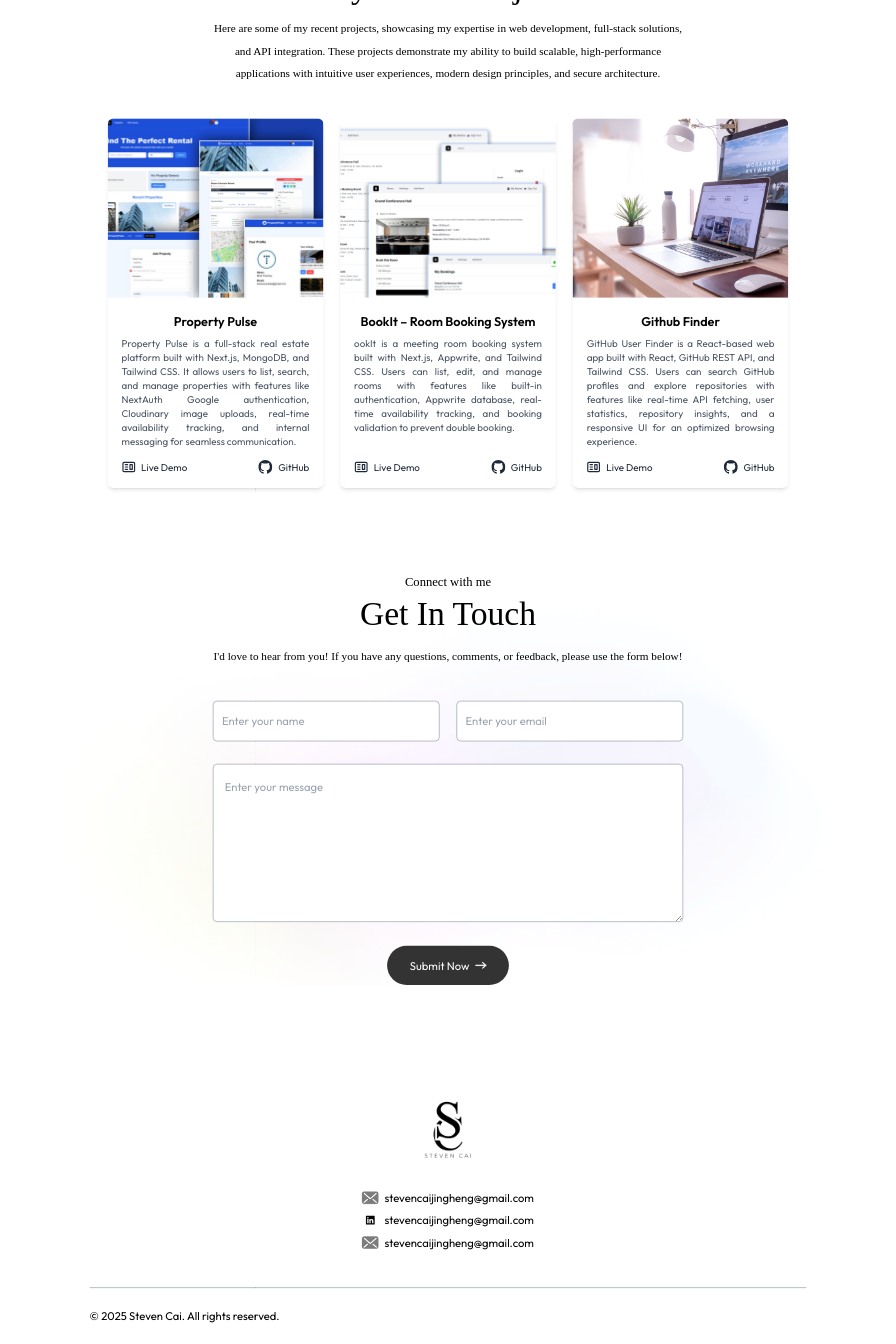
Repository: Steven4cai/profolio
Page: /
An editor plug-in stored every save of this project. The page is shown before and after the next save, followed by the edit.
The browser window is 1280 px wide. The pictures show the part of the page from y = 2473 to 4393 px (the page is 4393 px tall), at 70% of full size.
Some web fonts or font styles are not loaded; a fallback is used. The project was rebuilt for these pictures with package versions that can differ from the ones it lists, and the page was loaded fresh each time. The framework's server and built-in components were replaced by stand-ins that run in the browser. Also part of the build but not shown: next.config.mjs.

Above is the page before, as saved 2025-02-09 14:20:49.

### app/layout.js
import {Outfit,Ovo} from "next/font/google";
import "./globals.css";

const outfit = Outfit({
  subsets: ["latin"],weight:["400","500","600","700"]
});

const ovo = Ovo({
  subsets: ["latin"],weight:["400"]
});

export const metadata = {
  title: "Profolio - Steven",
  description: "",
};

export default function RootLayout({ children }) {
  return (
    <html lang="en" className="scroll-smooth ">
      <body className={`${outfit.className} ${ovo.className} antialiased leading-8 overflow-x-hidden
      dark:bg-darkTheme dark:text-white`}>
        <main>{children}</main>
      </body>
    </html>
  );
}

### app/page.js
'use client'
import About from "@/components/About";
import Header from "@/components/Header";
import Navbar from "@/components/Navbar";
import Services from "@/components/Services";
import Work from "@/components/Work";
import Contact from "@/components/Contact";
import Footer from "@/components/Footer";
import { useEffect, useState } from "react";

export default function Home() {
  const [isDark,setIsDark] = useState(false)

  useEffect(()=>{
    if(localStorage.theme === 'dark' || (!('theme' in localStorage) && window.matchMedia('(prefers-color-scheme:dark)').matches)){
      setIsDark(true)
    }else{
      setIsDark(false)
    }
  },[])

  useEffect(()=>{
    if(isDark){
      document.documentElement.classList.add('dark')
      localStorage.theme = 'dark'
    }else{
      document.documentElement.classList.remove('dark')
      localStorage.theme = ''
    }
  } ,[isDark])
  return (
    <>
    <Navbar isDark = {isDark} setIsDark = {setIsDark}/>
    <Header isDark = {isDark}/>
    <About isDark = {isDark}/>
    <Services isDark = {isDark}/>
    <Work isDark = {isDark}/>
    <Contact isDark = {isDark}/>
    <Footer isDark = {isDark}/>
    </>
  );
}

### components/About.jsx
import Image from 'next/image'
import React from 'react'
import {assets, infoList, toolsData} from '@/assets/assets'


const About = ({isDark}) => {
  return (
    <div id='about' className='w-full px-[12%] py-10 scroll-mt-20'>
      <h4 className='text-center mb-2 text-lg font-Ovo'>Introduction</h4>
      <h2 className='text-center text-5xl font-Ovo'>About Me</h2>

    <div className='flex w-full flex-col lg:flex-row items-center gap-20 my-20'>
        <div className='w-64 sm:w-80 rounded-3xl max-w-none'>
            <Image src={assets.user_image} alt='user'
            className='w-full rounded-3xl'/>
        </div>
        <div className='flex-1'>
            <p className='mb-10 max-w-2xl font-Ovo'>
            I am a web developer with a background in IT and software
         engineering. I specialize in building scalable and efficient web
          applications, focusing on clean code, performance optimization,
          and user experience. Skilled in both front-end and back-end
          technologies, I am always eager to learn and apply new solutions.
            </p>
            <ul className='grid grid-cols-1 sm:grid-cols-3 gap-6 max-w-2xl'>
                {infoList.map((info,index) => (
                    <li
                    className='border-[0.5px] border-gray-400 rounded-xl p-6
                    cursor-pointer hover:bg-lightHover hover:-translate-y-1 duration-500
                    hover:shadow-black
                    dark:border-white dark:hovr:shadow-white dark:hover:bg-darkHover/50'
                    key={index}>
                        <Image src={isDark ? info.iconDark : info.icon} alt={info.title} className='w-7 mt-3'/>
                        <h3 className='my-4 font-semiblod text-gray-700 dark:text-white'>{info.title}</h3>
                        <p className='text-gray-600 text-sm dark:text-white/80'>{info.description}</p>
                    </li>
                ))}
            </ul>

            <h4 className='my-6 text-gray-700 font-Ovo dark:text-white/80'>Tools I use</h4>


                <ul className='flex items-center gap-3 sm:gap-5'>
                    {toolsData.map((tool,index) => (
                        <li className=
                        'flex items-center justify-center w-12 sm:w-14 aspect-square border border-gray-400 rounded-lg cursor-pointer hover:-translate-y-1 duration-500'
                         key={index}>
                            <Image src={tool} alt='Tool' className='w-5 sm:w-7' />
                        </li>
                    ))}
                </ul>
        </div>
    </div>

    </div>
  )
}

export default About

### components/Header.jsx
import React from 'react'
import Image from 'next/image'
import {assets} from '@/assets/assets'

const Header = () => {
  return (
    <div className=
    'w-11/12 max-w-3xl text-center mx-auto h-screen flex flex-col items-center justify-center gap-4'>
      <div>
        <Image src={assets.profile_img} alt='' className='rounded-full w-32'/>
      </div>
      <h3 className='flex items-end gap-2 text-xl md:text-2xl mb-3 font-Ovo'>Hi! I'm Steven Cai <Image src={assets.hand_icon} alt='' className='w-6'/></h3>
        <h1 className='text-3xl sm:text-6xl lg:text-[66px] font-Ovo'>Frontend web developer based in Sydney</h1>
        <p className='max-w-2xl mx-auto font-Ovo'>
          Web developer with a strong foundation in software engineering,
           specializing in building efficient, scalable, and user-friendly
            applications.
        </p>
        <div className=
        'flex flex-col sm:flex-row items-center gap-4 mt-4'>
            <a href="#contact"
             className='px-10 py-3 border rounded-full bg-black text-white flex items-center gap-2
             dark:bg-transparent'>
                Contact me  <Image src={assets.right_arrow_white} alt='' className='w-4'/></a>
            <a href="/Steven_Cai_ITResume.pdf" download
            className='px-10 py-3 border rounded-full border-gray-500 flex items-center gap-2
            bg-white dark:text-black'
            >My resume  <Image src={assets.download_icon} alt='' className='w-4'/></a>

        </div>


    </div>
  )
}

export default Header

### components/Navbar.jsx
'use client'

import Image from 'next/image'
import React, { useEffect, useState } from 'react'
import {assets} from '@/assets/assets'

const Navbar = ({isDark,setIsDark}) => {
    const [isScroll, setIsScrool] = useState(false)

    const [isMenuOpen, setIsMenuOpen] = useState(false);

    const openMenu = () => {
        setIsMenuOpen(true);
    };

    const closeMenu = () => {
        setIsMenuOpen(false);
    };

    useEffect(()=>{
        window.addEventListener('scroll',()=>{
            if(scrollY > 50){
                setIsScrool(true)
            }else{
                setIsScrool(false)
            }
        })
    } ,[])

    return (
        <>
            <div className='fixed top-0 right-0 w-11/12 -z-10 translate-y-[-80%] dark:hidden'>
                <Image src={assets.header_bg_color} alt='' className='w-full' />
            </div>

            <nav className={`w-full fixed px-5 lg:px-8 xl:px-[8%] py-4 flex
                items-center justify-between z-50 ${isScroll
                ? 'bg-white bg-opacity-50 backdrop-blur-lg shadow-sm dark:bg-darkTheme dark:shadow-white/20'
                : ''}`}>
                <a href="#top">
                    <Image alt='logo' className='w-28 cursor-pointer mr-14 bg-white rounded-full' src={assets.logo} />
                </a>

                <ul className={`hidden md:flex items-center gap-6
                    lg:gap-8 rounded-full px-12 py-3
                    ${isScroll ?'' : 'bg-white shadow-sm bg-opacity-50 dark:border dark:border-white/50 dark:bg-transparent'}`}>
                    <li><a className='font-Ovo' href="#top">Home</a></li>
                    <li><a className='font-Ovo' href="#about">About me</a></li>
                    <li><a className='font-Ovo' href="#services">Services</a></li>
                    <li><a className='font-Ovo' href="#work">My Work</a></li>
                    <li><a className='font-Ovo' href="#contact">Contact me</a></li>
                </ul>

                <div className='flex items-center gap-4'>

                    <button onClick={() => setIsDark(prev => !prev)}>
                        <Image src={isDark ? assets.sun_icon : assets.moon_icon} alt='' className='w-6' />
                    </button>

                    <a href='/contact' className='hidden lg:flex items-center gap-3 px-10 py-2.5
                    border border-gray-500 rounded-full ml-4 font-Ovo
                    dark:border-white/50'>
                        Contact <Image className='w-3' src={isDark ?assets.arrow_icon_dark :assets.arrow_icon} alt='arrowicon' />
                    </a>

                    {/* Menu Button for Mobile */}
                    <button className='block md:hidden ml-3' onClick={openMenu}>
                        <Image src={isDark ?assets.menu_white :assets.menu_black} alt='' className='w-6' />
                    </button>
                </div>

                {/* Mobile Menu */}
                <ul className={`flex flex-col gap-4 py-20 px-10
                fixed -right-0 top-0 bottom-0 w-64 z-50 h-screen bg-rose-50
                transition duration-500' dark:bg-darkHover dark:text-white
                ${isMenuOpen ? 'translate-x-0' : 'translate-x-[16rem]'} md:hidden`}>
                    {/* Close Button */}
                    <div className='absolute right-6 top-6' onClick={closeMenu}>
                        <Image src={isDark ?assets.close_white :assets.close_black} alt='' className='w-5 cursor-pointer' />
                    </div>

                    <li><a onClick={closeMenu} className='font-Ovo' href="#top">Home</a></li>
                    <li><a onClick={closeMenu} className='font-Ovo' href="#about">About me</a></li>
                    <li><a onClick={closeMenu} className='font-Ovo' href="#services">Services</a></li>
                    <li><a onClick={closeMenu} className='font-Ovo' href="#work">My Work</a></li>
                    <li><a onClick={closeMenu} className='font-Ovo' href="#contact">Contact me</a></li>
                </ul>
            </nav>
        </>
    )
}

export default Navbar;

### components/Services.jsx
import React from "react";
import { TbWorld } from "react-icons/tb";
import { RiStackFill } from "react-icons/ri";
import { AiOutlineApi } from "react-icons/ai";
import { MdSecurity } from "react-icons/md";

export const serviceData = [
  { icon: <TbWorld className="text-4xl text-gray-700 dark:text-white" />, title: 'Frontend Development', description: 'Building modern, responsive, and interactive web applications using React.js, Next.js, and Tailwind CSS to ensure seamless user experience.', link: '' },
  { icon: <RiStackFill className="text-4xl text-gray-700 dark:text-white" />, title: 'Full-Stack Development', description: 'Developing scalable web applications with Next.js, Appwrite, MongoDB, and Firebase, handling both frontend and backend efficiently.', link: '' },
  { icon: <AiOutlineApi className="text-4xl text-gray-700 dark:text-white" />, title: 'API Development & Integration', description: 'Creating and integrating RESTful APIs to enable smooth data communication between systems, ensuring high performance and security.', link: '' },
  { icon: <MdSecurity className="text-4xl text-gray-700 dark:text-white" />, title: 'Authentication & Security', description: 'Implementing secure authentication using NextAuth.js, OAuth, JWT, and Firebase Auth, ensuring data protection and user privacy.', link: '' },
];

const Services = () => {
  return (
    <div id='services' className='w-full px-[12%] py-10 scroll-mt-20'>
      <h4 className='text-center mb-2 text-lg font-Ovo'>What I offer</h4>
      <h2 className='text-center text-5xl font-Ovo'>My Services</h2>

      <p className='text-center max-w-2xl mx-auto mt-5 mb-12 font-Ovo'>
        I design and develop modern, high-performance web applications with
        a focus on efficiency, scalability, and seamless user experience. Whether
        it’s front-end UI/UX, full-stack solutions, or API integrations,
        I build robust and maintainable systems tailored to business needs.
      </p>

      <div className='grid grid-cols-1 sm:grid-cols-2 md:grid-cols-4 gap-6 my-10'>
        {serviceData.map(({ icon, title, description, link }, index) => (
          <div
            className='border border-gray-400 rounded-lg px-8 py-10 flex flex-col items-center text-center
              hover:shadow-black cursor-pointer hover:bg-lightHover hover:-translate-y-1 duration-500
              dark:hover:bg-darkHover dark:hover:shadow-white'
            key={index}
          >
            {icon}
            <h3 className='text-lg my-4 text-gray-700 dark:text-white'>{title}</h3>
            <p className='text-sm text-gray-600 leading-5 dark:text-white/80'>{description}</p>
          </div>
        ))}
      </div>
    </div>
  );
};

export default Services;

### components/Work.jsx
import { assets, workData } from '@/assets/assets';
import React from 'react';
import Image from 'next/image';
import Link from 'next/link';
import { BsGithub } from 'react-icons/bs';
import { CgWebsite } from 'react-icons/cg';

const Work = ({ isDark }) => {
  return (
    <div id="work" className="w-full px-[12%] py-10 scroll-mt-20">
      <h4 className="text-center mb-2 text-lg font-Ovo">My Portfolio</h4>
      <h2 className="text-center text-5xl font-Ovo">My Latest Projects</h2>

      <p className="text-center max-w-2xl mx-auto mt-5 mb-12 font-Ovo">
      Here are some of my recent projects, showcasing my expertise in web
       development, full-stack solutions, and API integration. These projects
        demonstrate my ability to build scalable, high-performance applications
         with intuitive user experiences, modern design principles, and secure
         architecture.
      </p>

      <div className="grid grid-cols-1 sm:grid-cols-2 md:grid-cols-3 gap-6 my-10">
  {workData.map((work, index) => (
    <div
      key={index}
      className="flex flex-col bg-white dark:bg-gray-900 rounded-lg shadow-md overflow-hidden group cursor-pointer"
    >
      {/* 背景图片部分 */}
      <div
        className="h-64 bg-cover bg-center transition-transform duration-500 group-hover:scale-105"
        style={{ backgroundImage: `url(${work.bgImage})` }}
      ></div>

      {/* 文字部分 */}
      <div
        className="p-5 w-full flex flex-col flex-grow transition-all duration-500 group-hover:-translate-y-2"
      >
        <h2 className="font-semibold text-lg dark:text-white text-center">
          {work.title}
        </h2>
        <p className="text-sm text-gray-600 dark:text-gray-300 mt-2 text-justify flex-grow">
          {work.description}
        </p>

        {/* 按钮部分 */}
        <div className="mt-4 flex justify-between items-center">
          <Link
            href={work.website}
            target="_blank"
            className="flex items-center gap-2 text-sm text-gray-800 dark:text-white hover:text-blue-500 transition-colors"
          >
            <CgWebsite className="text-xl" /> Live Demo
          </Link>

          <Link
            href={work.github}
            target="_blank"
            className="flex items-center gap-2 text-sm text-gray-800 dark:text-white hover:text-gray-600 transition-colors"
          >
            <BsGithub className="text-xl" /> GitHub
          </Link>
        </div>
      </div>
    </div>
  ))}
</div>

    </div>
  );
};

export default Work;

### components/Contact.jsx
'use client'
import { assets } from '@/assets/assets'
import React,{ useState } from 'react'
import Image from 'next/image'
const Contact = () => {

    const [result, setResult] = React.useState("");

  const onSubmit = async (event) => {
    event.preventDefault();
    setResult("Sending....");
    const formData = new FormData(event.target);

    formData.append("access_key", "d1d257f8-3b83-45d6-8d1c-4f4ca340e588");

    const response = await fetch("https://api.web3forms.com/submit", {
      method: "POST",
      body: formData
    });

    const data = await response.json();

    if (data.success) {
      setResult("Form Submitted Successfully");
      event.target.reset();
    } else {
      console.log("Error", data);
      setResult(data.message);
    }
  };


  return (
    <div id='contact' className='w-full px-[12%] py-10 scroll-mt-20 bg-[url("/footer-bg-color.png")] bg-no-repeat
    bg-center bg-[length:90%_auto] dark:bg-none'>
        <h4 className='text-center mb-2 text-lg font-Ovo'>Connect with me</h4>
        <h2 className='text-center text-5xl font-Ovo'>Get In Touch</h2>

        <p className='text-center max-w-2xl mx-auto mt-5 mb-12 font-Ovo'>
       I'd love to hear from you! If you have any questions, comments, or feedback, please use the form below!
        </p>

        <form onSubmit={onSubmit} className='max-w-2xl mx-auto'>
            <div className='grid grid-cols-auto gap-6 mt-10 mb-8'>
                <input
                className='flex-1 p-3 outline-none border-[0.5px] border-gray-400 rounded-md bg-white
                dark:bg-darkHover/30 dark:border-white/90'
                type="text" placeholder='Enter your name' required name="name" />
                <input
                className='flex-1 p-3 outline-none border-[0.5px] border-gray-400 rounded-md bg-white
                dark:bg-darkHover/30 dark:border-white/90'
                type="email" placeholder='Enter your email' required name="email" />
            </div>
            <textarea
            className='w-full p-4 outline-none border-[0.5px] border-gray-400 rounded-md bg-white mb-6
            dark:bg-darkHover/30 dark:border-white/90'
            rows={6} placeholder='Enter your message'  name="message" required></textarea>
            <button
            className='py-3 px-8 w-max flex items-center justify-between gap-2 bg-black/80 text-white rounded-full
            mx-auto hover:bg-black duration-500 dark:bg-transparent dark:border-[0.5px] dark:hover:bg-darkHover'
            type='submit'>
                Submit Now <Image src={assets.right_arrow_white} alt='' className='w-4'/>
            </button>

            <p className='mt-4'>{result}</p>
        </form>
    </div>
  )
}

export default Contact

### components/Footer.jsx
import Image from 'next/image'
import React from 'react'
import { assets } from '@/assets/assets'
import { AiFillLinkedin } from "react-icons/ai";



const Footer = ({isDark}) => {
    const currentYear = new Date().getFullYear();

  return (
    <div className='mt-20'>
      <div className='text-center'>
        <Image src={assets.logo} alt='' className='w-36 mx-auto mb-2 bg-white rounded-full' />
        <div className='flex w-max items-center gap-2 mx-auto'>
            <Image src={isDark ?assets.mail_icon_dark : assets.mail_icon} alt='' className='w-6'/>
            stevencaijingheng@gmail.com
        </div>

        <div className='flex w-max items-center gap-2 mx-auto'>
            <AiFillLinkedin className='w-6'/>
            stevencaijingheng@gmail.com
        </div>

        <div className='flex w-max items-center gap-2 mx-auto'>
            <Image src={isDark ?assets.mail_icon_dark : assets.mail_icon} alt='' className='w-6'/>
            stevencaijingheng@gmail.com
        </div>
      </div>
      <div className=
      'text-center sm:flex items-center justify-between border-t border-gray-400 mx-[10%] mt-12 py-6'>
        <p>
            &copy; {currentYear} Steven Cai. All rights reserved.
        </p>

      </div>
    </div>
  )
}

export default Footer

### tailwind.config.mjs
/** @type {import('tailwindcss').Config} */
export default {
  content: [
    "./pages/**/*.{js,ts,jsx,tsx,mdx}",
    "./components/**/*.{js,ts,jsx,tsx,mdx}",
    "./app/**/*.{js,ts,jsx,tsx,mdx}",
  ],
  theme: {
    extend: {
      colors: {
        lightHover: '#fcf4ff',
        darkHover: '#2a004a',
        darkTheme: '#11001F'
      },
      fontFamily:{
        Outfit:["Outfit", "sans-serif"],
        Ovo: ["Ovo", "serif"]
      },
      boxShadow:{
        'black': '4px 4px 0 #000',
        'white': '4px 4px 0 #fff',
      },
      gridTemplateColumns:{
        'auto':'repeat(auto-fit,minmax(200px,1fr))'
      }
    },
  },
  darkMode: 'selector',
  plugins: [],
};

Loaded but not shown: app/globals.css (common file); assets/assets.js (123 lines, source omitted)

After the next save:
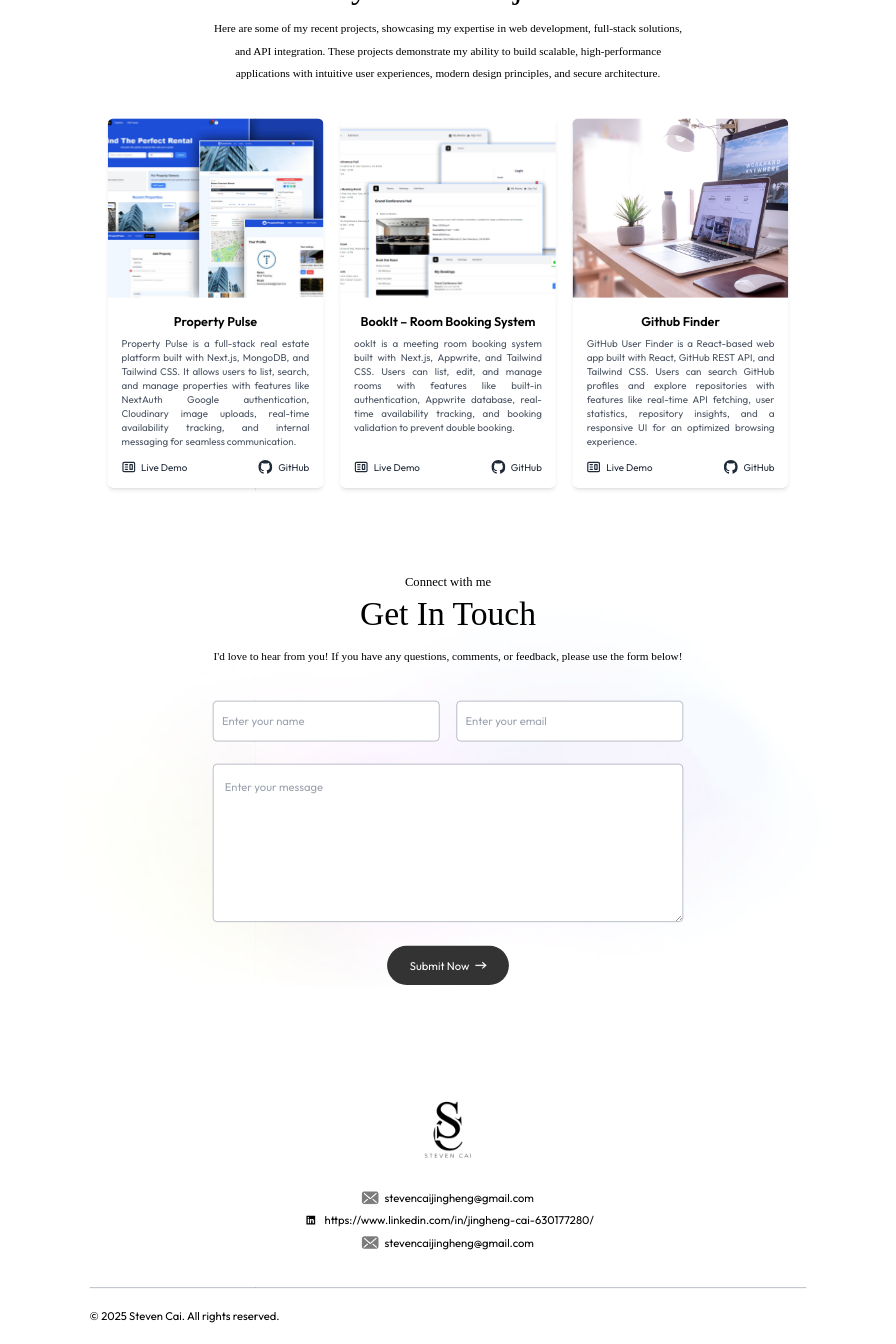
Saved 18 s later.
--- a/components/Footer.jsx
+++ b/components/Footer.jsx
@@ -19,7 +19,7 @@ const Footer = ({isDark}) => {
 
         <div className='flex w-max items-center gap-2 mx-auto'>
             <AiFillLinkedin className='w-6'/>
-            stevencaijingheng@gmail.com
+            https://www.linkedin.com/in/jingheng-cai-630177280/
         </div>
 
         <div className='flex w-max items-center gap-2 mx-auto'>
